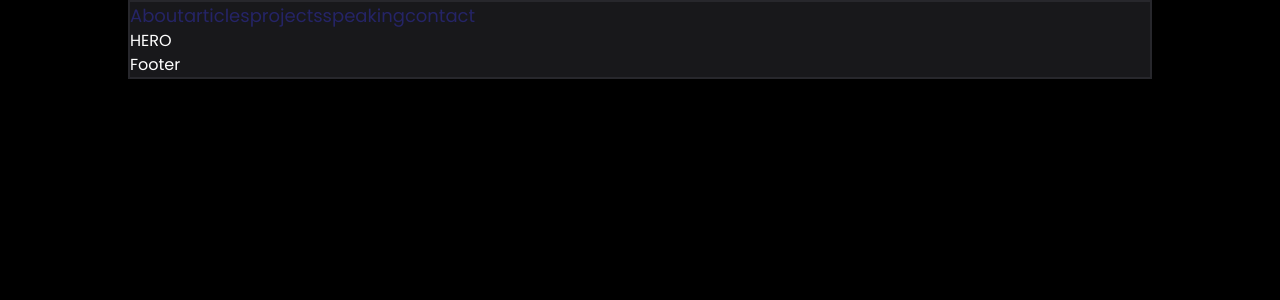
Repository: Wafaabahgat/Portfolio
Page: /
The author's editor kept a copy of each file at every save. The page is drawn from the files as they stood at one save, then again after the next save.
The browser window is 1280 px wide. The pictures show the whole page.
The project was rebuilt for these pictures with package versions that can differ from the ones it lists, and the page was loaded fresh each time. Also part of the build but not shown: vite.config.ts, src/App.css, src/ErrorPage.tsx.

Above is the page before, as saved 2023-12-07 02:50:04.

### index.html
<!DOCTYPE html>
<html lang="en">
  <head>
    <meta charset="UTF-8" />
    <link rel="icon" type="image/svg+xml" href="/vite.svg" />
    <meta name="viewport" content="width=device-width, initial-scale=1.0" />
    <link rel="preconnect" href="https://fonts.googleapis.com" />
    <link rel="preconnect" href="https://fonts.gstatic.com" crossorigin />
    <link
      href="https://fonts.googleapis.com/css2?family=Poppins:wght@200;300;400;500;600;700;800&display=swap"
      rel="stylesheet"
    />
    <title>My Portfilio</title>
  </head>
  <body>
    <div id="root"></div>
    <script type="module" src="/src/main.tsx"></script>
  </body>
</html>

### src/main.tsx
import { RouterProvider } from "react-router-dom";
import ReactDOM from "react-dom/client";
import "./index.css";
import router from "./App";

ReactDOM.createRoot(document.getElementById("root")!).render(
  <RouterProvider router={router} />
);

### src/index.css
@tailwind base;
@tailwind components;
@tailwind utilities;

* {
  font-family: "Poppins", sans-serif;
}

:root {
  --primary: #000;
  --secondary: rgb(24 24 27);
  --border: rgb(63, 63, 70, 0.4);
}
.light {
  --primary: #fff;
}

body {
  background-color: var(--primary);
  color: #fff;
}

html {
  /* max-width: 2000px; */
  margin: 0;
  padding: 0;
}

.container {
  width: 80%;
  margin-left: auto;
  margin-right: auto;
  background-color: var(--secondary);
  border: 2px solid var(--border);
}

.line {
  border: 1px solid var(--border);
  margin: 1rem 0;
}

### src/App.tsx
import "./App.css";
import { createBrowserRouter } from "react-router-dom";
// import Root from "@pages/root";
import Root from "./pages/root";

import { Home } from "./pages/index";
import ErrorPage from "./ErrorPage";

const router = createBrowserRouter([
  {
    path: "/",
    element: <Root />,
    errorElement: <ErrorPage />,
    children: [
      {
        index: true,
        path: "/",
        element: <Home />,
      },
    ],
  },
]);

export default router;

### src/pages/root.tsx
import { Outlet } from "react-router-dom";
import Header from "../components/layouts/Header";
import Footer from "../components/layouts/Footer";

const Root = () => {
  return (
    <div className="container">
      <Header />
      <Outlet />
      <Footer />
    </div>
  );
};

export default Root;

### src/components/layouts/Header.tsx
import { FC } from "react";
import { useLocation,Link } from "react-router-dom";
import { cn } from "../../utils";

interface HeaderProps {}

const links = [
    {
      link: "/about",
      name: "about",
    },
    {
      link: "/articles",
      name: "articles",
    },
    {
      link: "/projects",
      name: "projects",
    },
    {
      link: "/speaking",
      name: "speaking",
    },
    {
      link: "/contact",
      name: "contact",
    },
];

const Header: FC<HeaderProps> = () => {
  const { pathname } = useLocation();

  return (
    <>
      <div>
        <div>
          <nav>
            {links?.map((e, i) => (
              <Link
                key={i}
                to={e?.link}
                className={cn(
                  pathname === e?.link
                    ? "text-main-light font-semibold"
                    : "text-main",
                  "capitalize text-[18px] whitespace-nowrap"
                )}
              >
                {e?.name}
              </Link>
            ))}
          </nav>
        </div>
      </div>
    </>
  );
};

export default Header;

### src/components/layouts/Footer.tsx
import { FC } from "react";

interface FooterProps {}

const Footer: FC<FooterProps> = () => {
  return (
    <>
      <div>Footer</div>
    </>
  );
};

export default Footer;

### src/pages/Home.tsx
import { FC } from "react";
import Hero from "../components/home/Hero";

interface HomeProps {}

const Home: FC<HomeProps> = () => {
  return (
    <>
      <div>
        <Hero />
      </div>
    </>
  );
};

export default Home;

### src/components/home/Hero.tsx
import { FC } from "react";

interface HeroProps {}

const Hero: FC<HeroProps> = () => {
  return (
    <>
      <div>HERO</div>
    </>
  );
};

export default Hero;

### tailwind.config.js
/** @type {import('tailwindcss').Config} */
export default {
  content: ["./index.html", "./src/**/*.{js,ts,jsx,tsx}"],
  darkMode: "class",
  theme: {
    extend: {
      colors: {
        main: "#252466",
        "main-light": "#3873FF",
        "sub-dark": "#252466",
        "main-dark": "#41427D",
        "text-color": "#FCFCFC",
        "text-gray": "#667085",
        "text-primary": "#9795B5",
      },
      // gridTemplateColumns: {
      //   prod: "repeat(auto-fit, minmax(130px, 1fr))",
      //   plog: "repeat(auto-fit, minmax(300px, 1fr))",
      // },
    },
  },
  plugins: [],
};

Loaded but not shown: src/pages/index.ts (common file); src/utils.ts (common file)

After the next save:
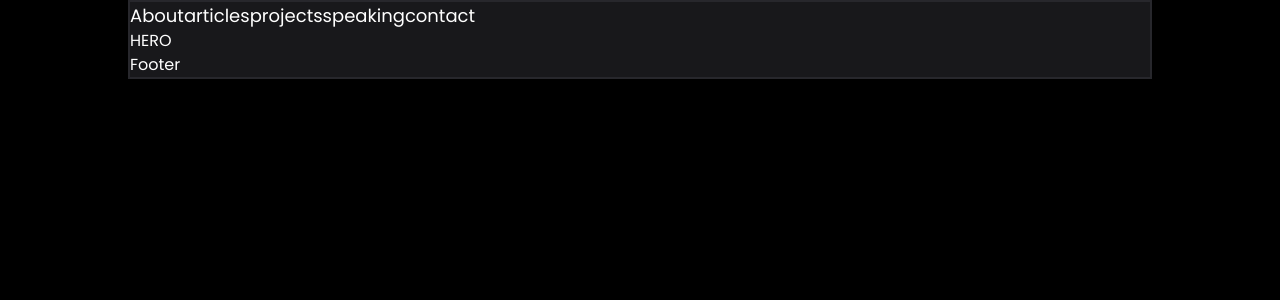
Saved 23 s later.
--- a/src/components/layouts/Header.tsx
+++ b/src/components/layouts/Header.tsx
@@ -42,7 +42,7 @@ const Header: FC<HeaderProps> = () => {
                 className={cn(
                   pathname === e?.link
                     ? "text-main-light font-semibold"
-                    : "text-main",
+                    : "text-",
                   "capitalize text-[18px] whitespace-nowrap"
                 )}
               >
